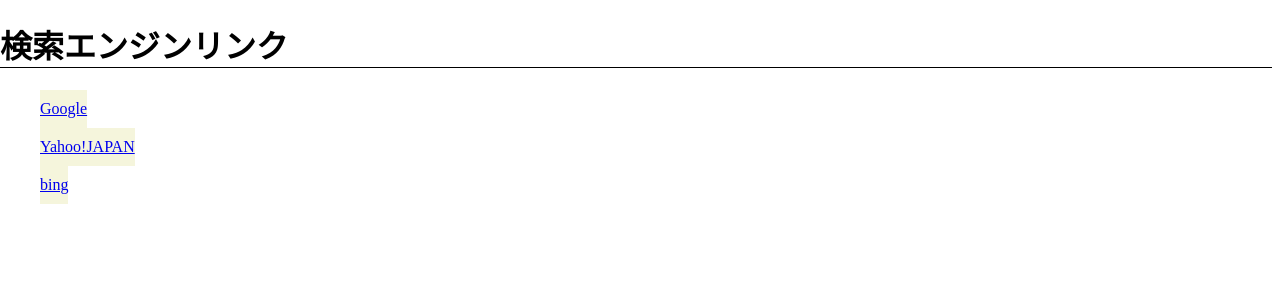
Repository: tomimaler/dc_work_tamachi_inagaki_html
Page: challenge_box/challenge_box.html
The author's editor kept a record of every edit. The page is drawn from the files as they stood at one moment, then again after the next edit.
The browser window is 1280 px wide. The pictures show the whole page.

Above is the page before.

### challenge_box/challenge_box.html
<!DOCTYPE html>
<html lang="ja">
<head>
   <meta charset="UTF-8">
   <title>challenge_box</title>
   <link rel="stylesheet" href="challenge_box.css">
</head>
<body>
   <h1>検索エンジンリンク</h1>
   <ul>
       <li><a href="https://www.google.co.jp/">Google</a></li>
       <li><a href="http://www.yahoo.co.jp/">Yahoo!JAPAN</a></li>
       <li><a href="http://www.bing.com/">bing</a></li>
   </ul>
</body>
</html>

### challenge_box/challenge_box.css
body {
    margin-left:0;
}

h1 {
    border-bottom:solid 1px black;
}

a {
    display:inline-block;
    background-color:beige;
    text-align:center;
    padding:10px 0;
}

ul {
    list-style:none;
}

After the next edit:
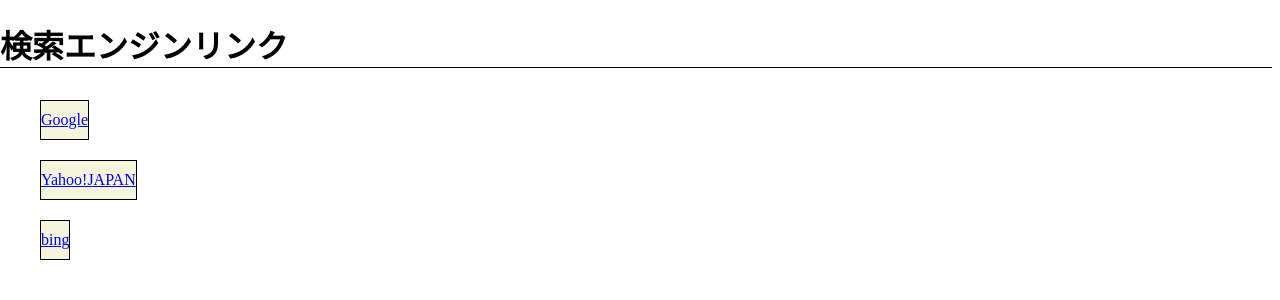
The edit:
--- a/challenge_box/challenge_box.css
+++ b/challenge_box/challenge_box.css
@@ -11,6 +11,8 @@
     background-color:beige;
     text-align:center;
     padding:10px 0;
+    margin:10px 0;
+    border:solid 1px black;
 }
 
 ul {
